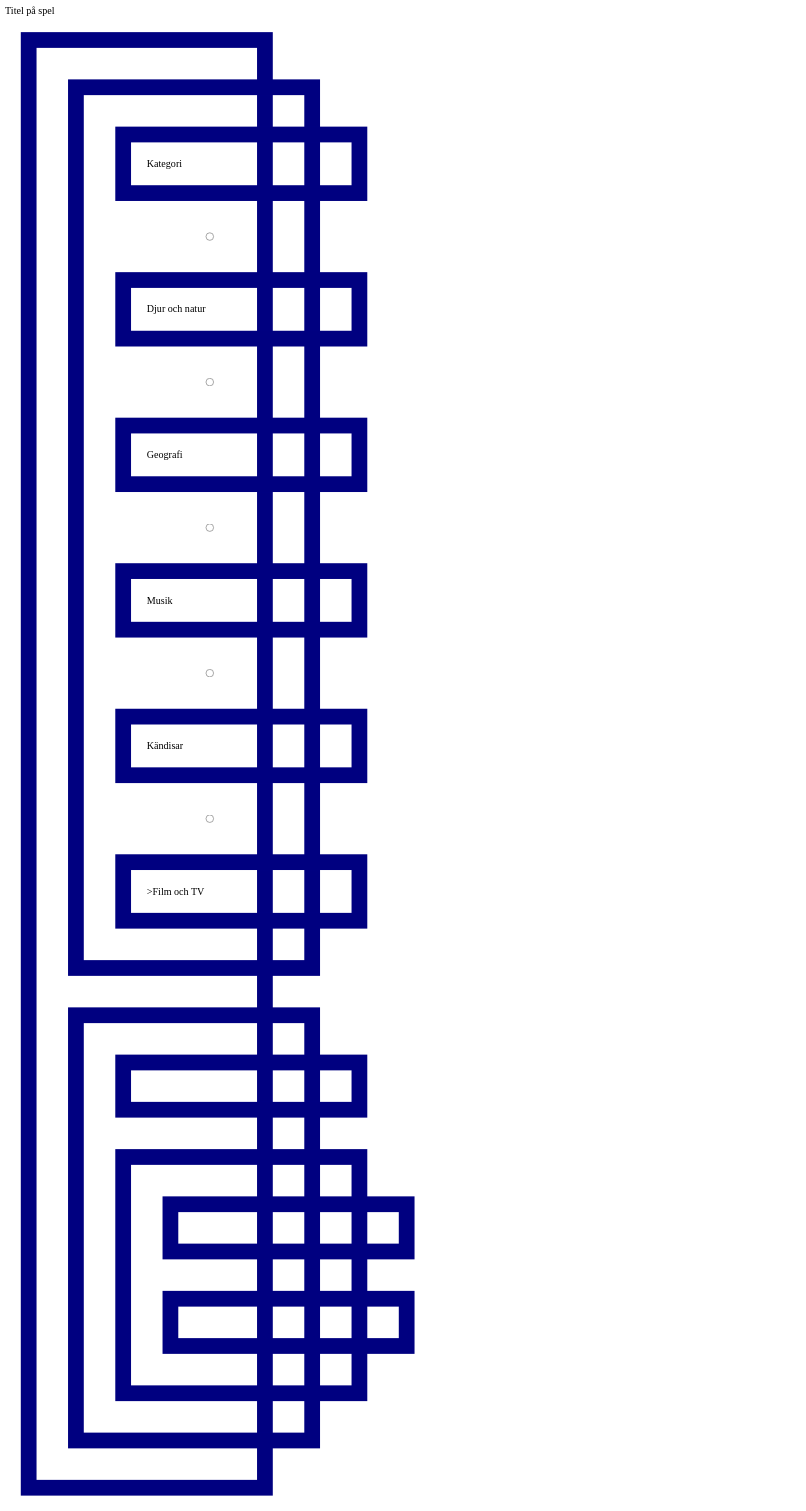
Repository: ed222gg/project2
Page: pages/start.html
The author's editor kept a record of every edit. The page is drawn from the files as they stood at one moment, then again after the next edit.
The browser window is 1280 px wide. The pictures show the whole page, at 63% of full size.

Above is the page before.

After the next edit:
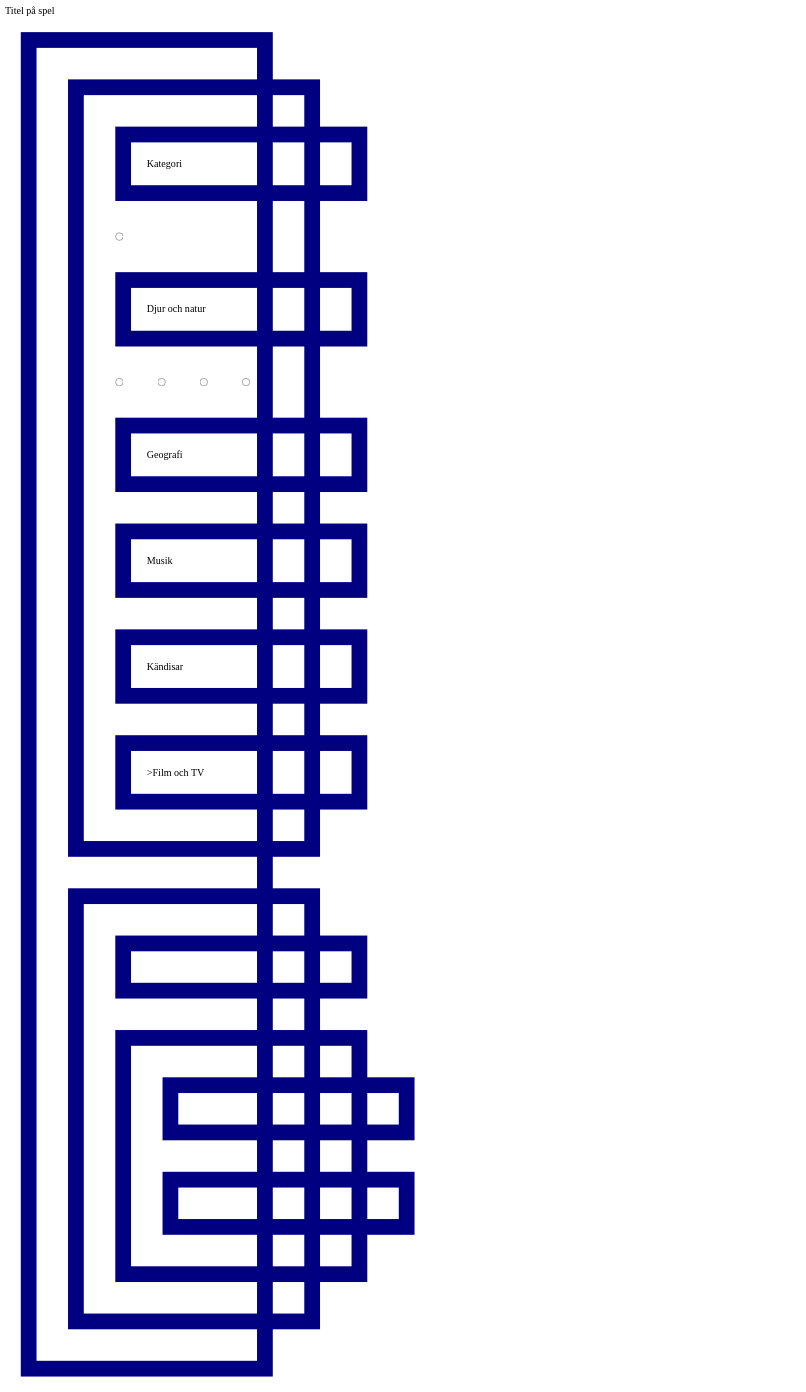
The edit:
--- a/css/style.css
+++ b/css/style.css
@@ -9,9 +9,8 @@
     border: 25px solid navy;
     margin: 25px;}
 header{}
-input{width: 300px;
-    padding: 25px;
-    border: 25px solid navy;
+input{
+
     margin: 25px;}
 
 #template{ }
